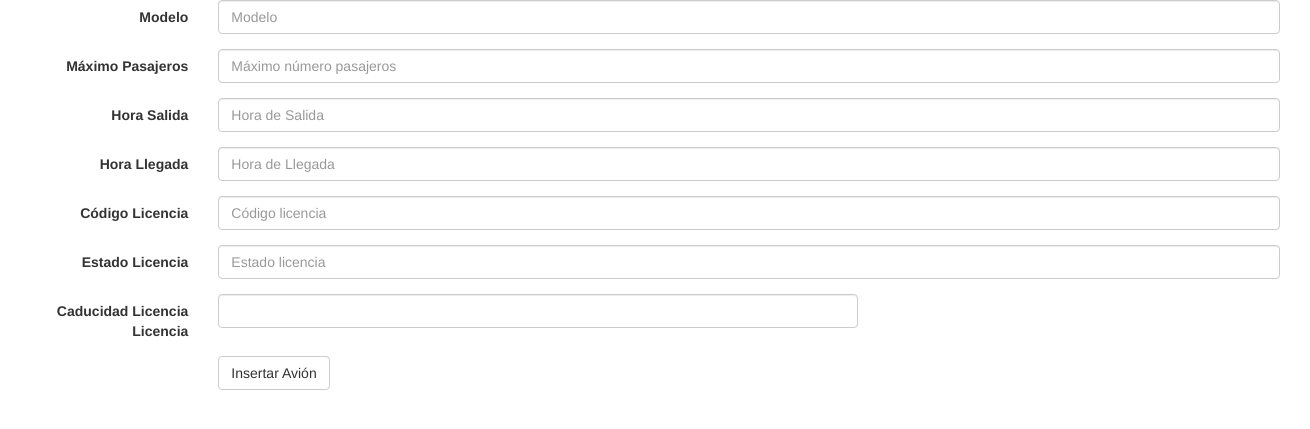
Repository: asbag/gestionaena
Page: http://localhost/gestionaena/WEB-INF/views/avion/formAvion.jsp
These files come from the project's save history. The page is drawn as it stood at one moment and after the next save; the edit follows.
The browser window is 1280 px wide. The page is 1310 px wide, so the pictures cover 1310 px, including what lies to the right of the window. The pictures show the whole page.
The page is served by Tomcat 9. Nobody is signed in. Other server files are loaded and not shown. The template is opened directly, without the code that normally fills it, so the values that code supplies are empty.

Above is the page before, as saved 2015-04-14 19:59:51.
Console error: ReferenceError: $ is not defined

### gestionaena/src/main/webapp/WEB-INF/views/avion/formAvion.jsp
<%@ page language="java" contentType="text/html; charset=UTF-8"
	pageEncoding="UTF-8"%>
<!DOCTYPE html PUBLIC "-//W3C//DTD HTML 4.01 Transitional//EN" "http://www.w3.org/TR/html4/loose.dtd">
<html>
<head>
<meta http-equiv="Content-Type" content="text/html; charset=UTF-8">
<title>Actividad 1</title>
<!-- CSS de Bootstrap -->
<link href="${pageContext.request.contextPath}/css/bootstrap.min.css"
	rel="stylesheet" media="screen">

<!-- librerías opcionales que activan el soporte de HTML5 para IE8 -->
<!--[if lt IE 9]>
      <script src="https://oss.maxcdn.com/libs/html5shiv/3.7.0/html5shiv.js"></script>
      <script src="https://oss.maxcdn.com/libs/respond.js/1.4.2/respond.min.js"></script>
    <![endif]-->
</head>
<body>
	<form class="form-horizontal" role="form">
		<div class="form-group">
			<label for="modelo" class="col-sm-2 control-label">Modelo</label>
			<div class="col-sm-10">
				<input name="modelo" type="text" class="form-control" id="modelo"
					placeholder="Modelo">
			</div>
		</div>
		<div class="form-group">
			<label for="max_pasajeros" class="col-sm-2 control-label">M&aacute;ximo
				Pasajeros</label>
			<div class="col-sm-10">
				<input name="max_pasajeros" type="text" class="form-control" id="max_pasajeros"
					placeholder="Máximo número pasajeros">
			</div>
		</div>
		<div class="form-group">
			<label for="hora_salida" class="col-sm-2 control-label">Hora
				Salida</label>
			<div class="col-sm-10">
				<input name="hora_salida" type="text" class="form-control" id="hora_salida"
					placeholder="Hora de Salida">
			</div>
		</div>
		<div class="form-group">
			<label for="hora_llegada" class="col-sm-2 control-label">Hora
				Llegada</label>
			<div class="col-sm-10">
				<input name="hora_llegada" type="text" class="form-control" id="hora_llegada"
					placeholder="Hora de Llegada">
			</div>
		</div>
		<div class="form-group">
			<label for="codgo_licencia" class="col-sm-2 control-label">C&oacute;digo
				Licencia</label>
			<div class="col-sm-10">
				<input name="codgo_licencia" type="text" class="form-control" id="codgo_licencia"
					placeholder="Código licencia">
			</div>
		</div>
		<div class="form-group">
			<label for="estado_licencia" class="col-sm-2 control-label">Estado
				Licencia</label>
			<div class="col-sm-10">
				<input name="estado_licencia" type="text" class="form-control" id="estado_licencia"
					placeholder="Estado licencia">
			</div>
		</div>
		<div class="form-group">
			<label for="estado_licencia" class="col-sm-2 control-label">Caducidad Licencia
				Licencia</label>
			<div class="row">
				<div class='col-sm-6'>
					<input name="caducidad_licencia" type='text' class="form-control" id='datetimepicker4' />
				</div>
				<script type="text/javascript">
					$(function() {
						$('#datetimepicker4').datetimepicker();
					});
				</script>
			</div>
		</div>
		<div class="form-group">
			<div class="col-sm-offset-2 col-sm-10">
				<button type="submit" class="btn btn-default">Insertar
					Avi&oacute;n</button>
			</div>
		</div>
	</form>

	<!-- Librería jQuery requerida por los plugins de JavaScript -->
	<script src="http://code.jquery.com/jquery.js"></script>

	<!-- Todos los plugins JavaScript de Bootstrap (también puedes
         incluir archivos JavaScript individuales de los únicos
         plugins que utilices) -->
	<script src="${pageContext.request.contextPath}/js/bootstrap.min.js"></script>
</body>
</html>

Loaded but not shown: gestionaena/src/main/webapp/css/bootstrap.min.css (library); gestionaena/src/main/webapp/js/bootstrap.min.js (library)

After the next save:
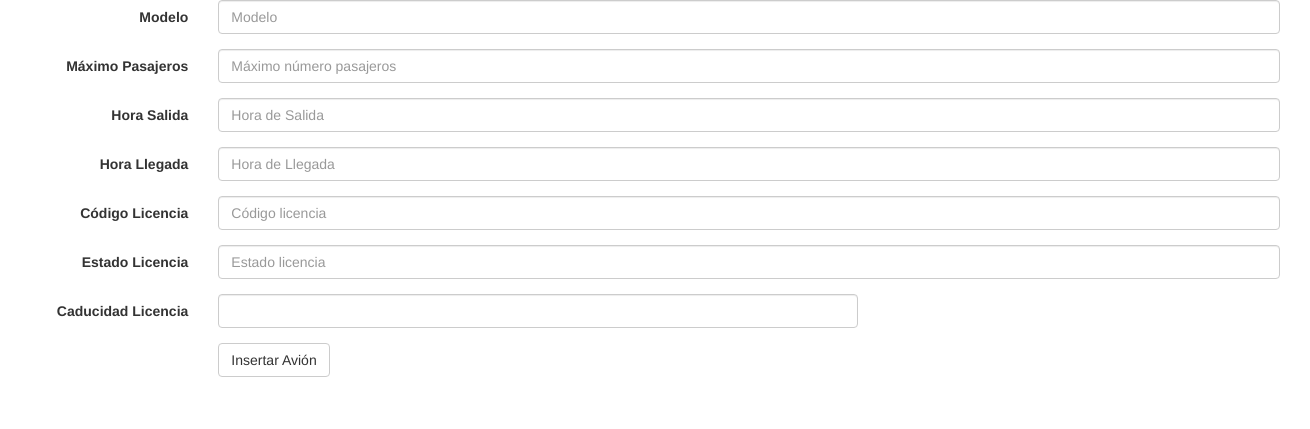
Saved 10 min 12 s later.
--- a/gestionaena/src/main/webapp/WEB-INF/views/avion/formAvion.jsp
+++ b/gestionaena/src/main/webapp/WEB-INF/views/avion/formAvion.jsp
@@ -65,7 +65,7 @@
 			</div>
 		</div>
 		<div class="form-group">
-			<label for="estado_licencia" class="col-sm-2 control-label">Caducidad Licencia
+			<label for="estado_licencia" class="col-sm-2 control-label">Caducidad
 				Licencia</label>
 			<div class="row">
 				<div class='col-sm-6'>
